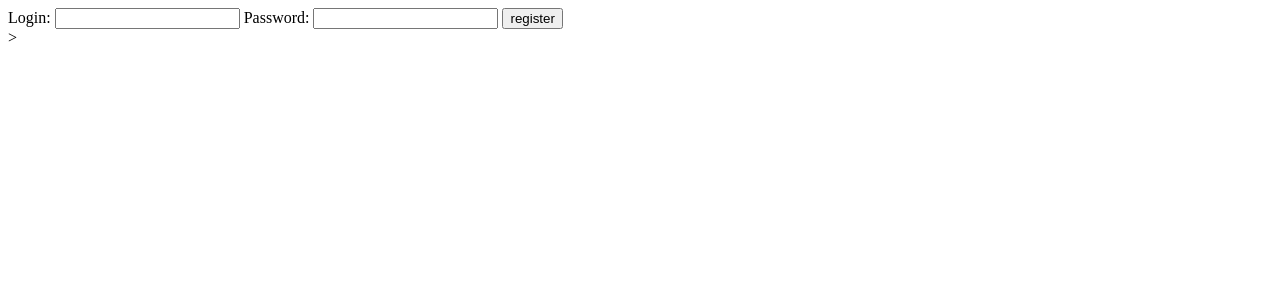
Repository: milosh-alexandr-by/ItAcademyJavaDeveloper
Page: http://localhost/HotelRequestSystem/
An editor plug-in stored every save of this project. The page is shown before and after the next save, followed by the edit.
The browser window is 1280 px wide. The pictures show the whole page.
The page is served by Tomcat 9. Nobody is signed in. The application's start-up code is not run.

Above is the page before, as saved 2015-12-08 15:37:41.

After the next save:
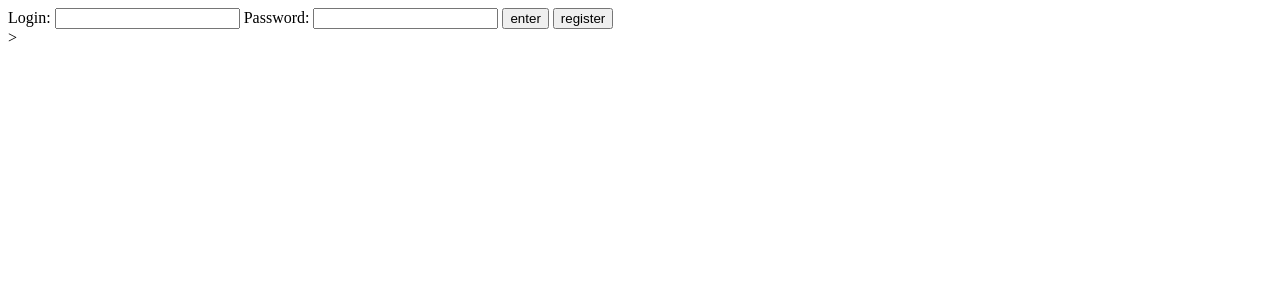
Saved 42 s later.
--- a/Project003_WEB/HotelRequestSystem/WebContent/index.jsp
+++ b/Project003_WEB/HotelRequestSystem/WebContent/index.jsp
@@ -12,7 +12,8 @@
 	<form action="" method="GET">
 		Login: <input type"text" name="login" />
 		Password: <input type"text" name="password" />
-		<input type="submit" name="enter" value="register">
+		<input type="submit" name="enter" value="enter">
+		<input type="submit" name="register" value="register">
 	</form>>
 
 </body>
